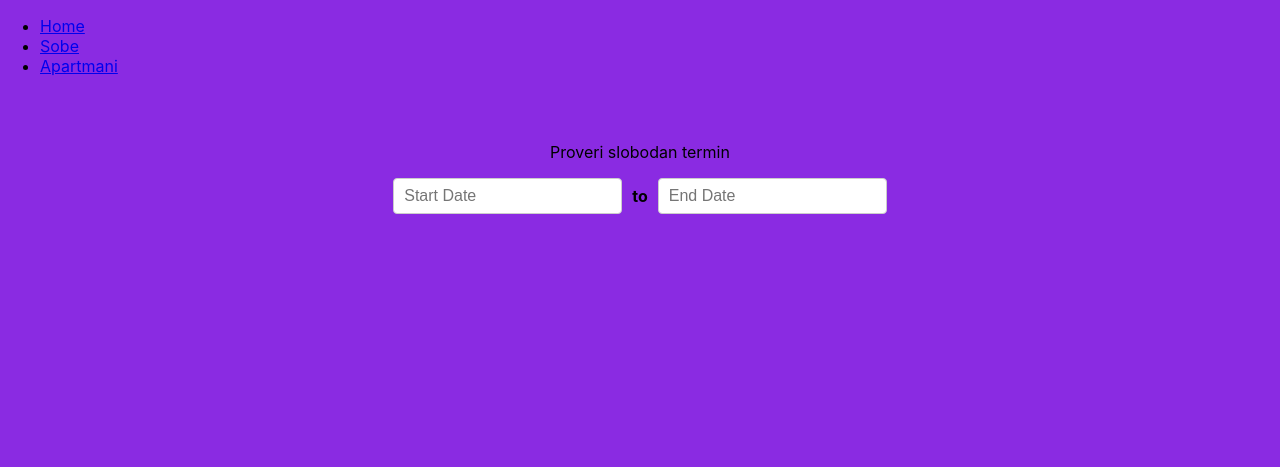
Repository: Saannddrraa/Rezervacije
Page: /
An editor plug-in stored every save of this project. The page is shown before and after a run of saves, followed by the edit.
The browser window is 1280 px wide. The pictures show the whole page.
The project was rebuilt for these pictures with package versions that can differ from the ones it lists, and the page was loaded fresh each time. Also part of the build but not shown: src/App.css, src/pages/Sobe.jsx, src/pages/Apartmani.jsx.

Above is the page before, as saved 2025-01-23 20:20:25.

After the next 2 saves:
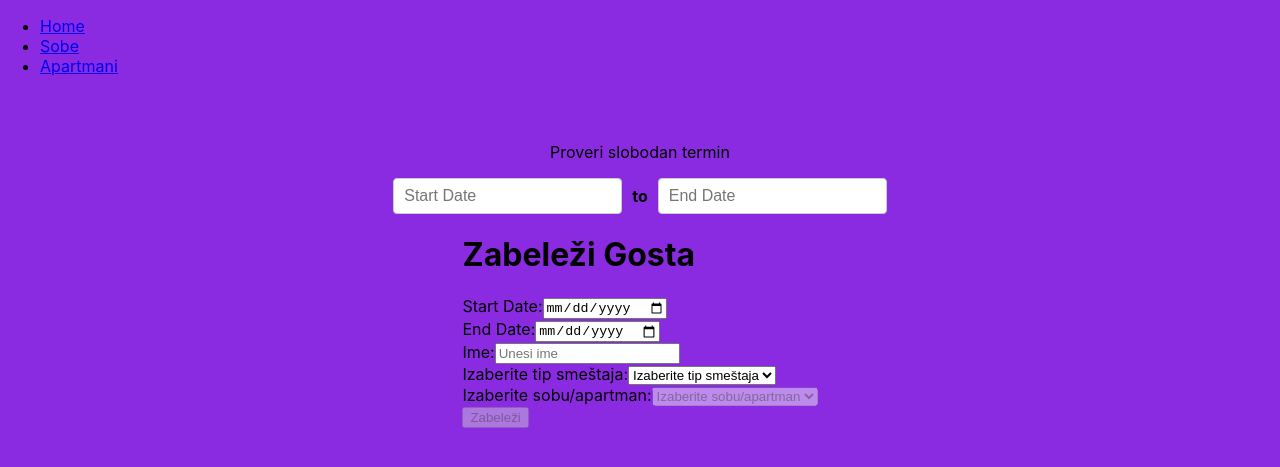
The 2 saves are shown as one change because 1 did not build or start.
The last was saved 16 min 37 s later.
--- a/src/pages/Home.jsx
+++ b/src/pages/Home.jsx
@@ -2,7 +2,7 @@ import React, { useState } from 'react';
 import DatePicker from 'react-datepicker';
 import 'react-datepicker/dist/react-datepicker.css';
 import '../assets/styles/Home.scss';
-
+import GuestForm from '../components/GuestForm';
 function Home() {
     const [startDate, setStartDate] = useState(null);
     const [endDate, setEndDate] = useState(null);
@@ -31,7 +31,9 @@ function Home() {
           className="date-input"
         />
       </div>
+      <GuestForm/>
       </div>
+
   );
 }
 
